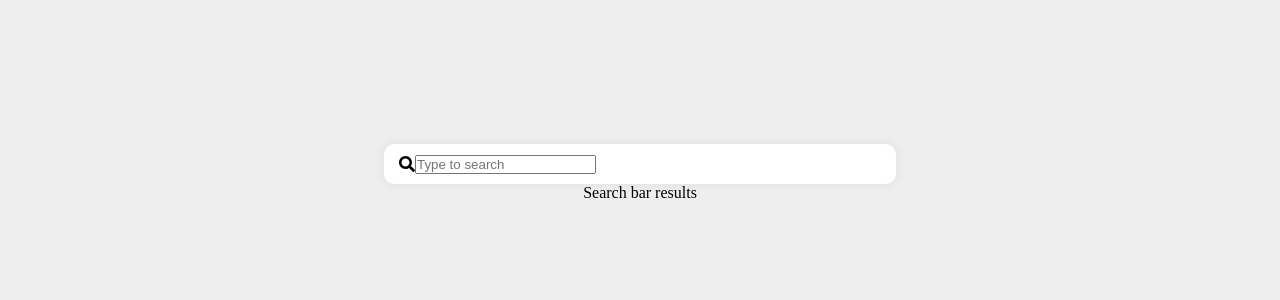
Repository: thai-shriya/react-search-bar
Page: /
The author's editor kept a copy of each file at every save. The page is drawn from the files as they stood at one save, then again after the next save.
The browser window is 1280 px wide. The pictures show the whole page.
The project was rebuilt for these pictures with package versions that can differ from the ones it lists, and the page was loaded fresh each time.

Above is the page before, as saved 2024-06-03 15:54:00.

### src/App.jsx
import { useState } from 'react'
import './App.css'
import SearchBar from './components/SearchBar'


function App() {

  return (
    <div className="App">
      <div className="search-bar-container"> <SearchBar/>
      <div>Search bar results</div>
      </div>
      </div>
  )
}

export default App

### src/index.css
*{
  box-sizing: border-box;
  margin:0px;
  padding: 0px;
}

### src/App.css
.App{
  background-color: #eee;
  height: 100vh;
  width: 100vw;
}

.search-bar-container{
padding-top: 20vh;
width:40%;
margin:auto;
display: flex;
flex-direction: column;
align-items: center;
min-width: 200px;
}

### src/components/SearchBar.jsx
import React from 'react';
import { FaSearch } from "react-icons/fa"
import "./SearchBar.css"


const SearchBar = () => {
  return (
    <div className="input-wrapper">
          <FaSearch id="search-icon" />
          <input placeholder='Type to search'/>
    </div>
  )
}

export default SearchBar

### src/components/SearchBar.css
.input-wrapper{
    background-color: white;
    width: 100%;
    border-radius: 10px;
    height: 2.5rem;
    padding: 0 15px;
    box-shadow: 0px 0px 8px #ddd;
    display: flex;
    align-items: center;
}

Loaded but not shown: src/main.jsx (common file)

After the next save:
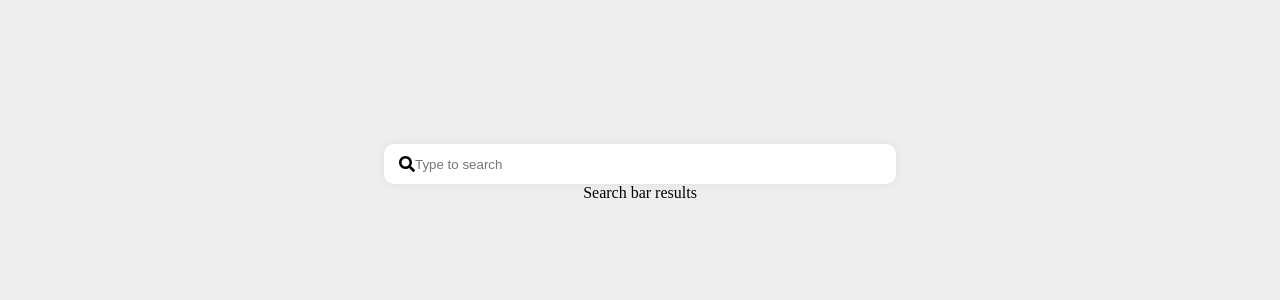
Saved 43 s later.
--- a/src/components/SearchBar.css
+++ b/src/components/SearchBar.css
@@ -8,3 +8,10 @@
     display: flex;
     align-items: center;
 }
+
+input{
+    background-color: transparent;
+    border: none;
+    height: 100%;
+    font-size: 1.25 rem;
+}
